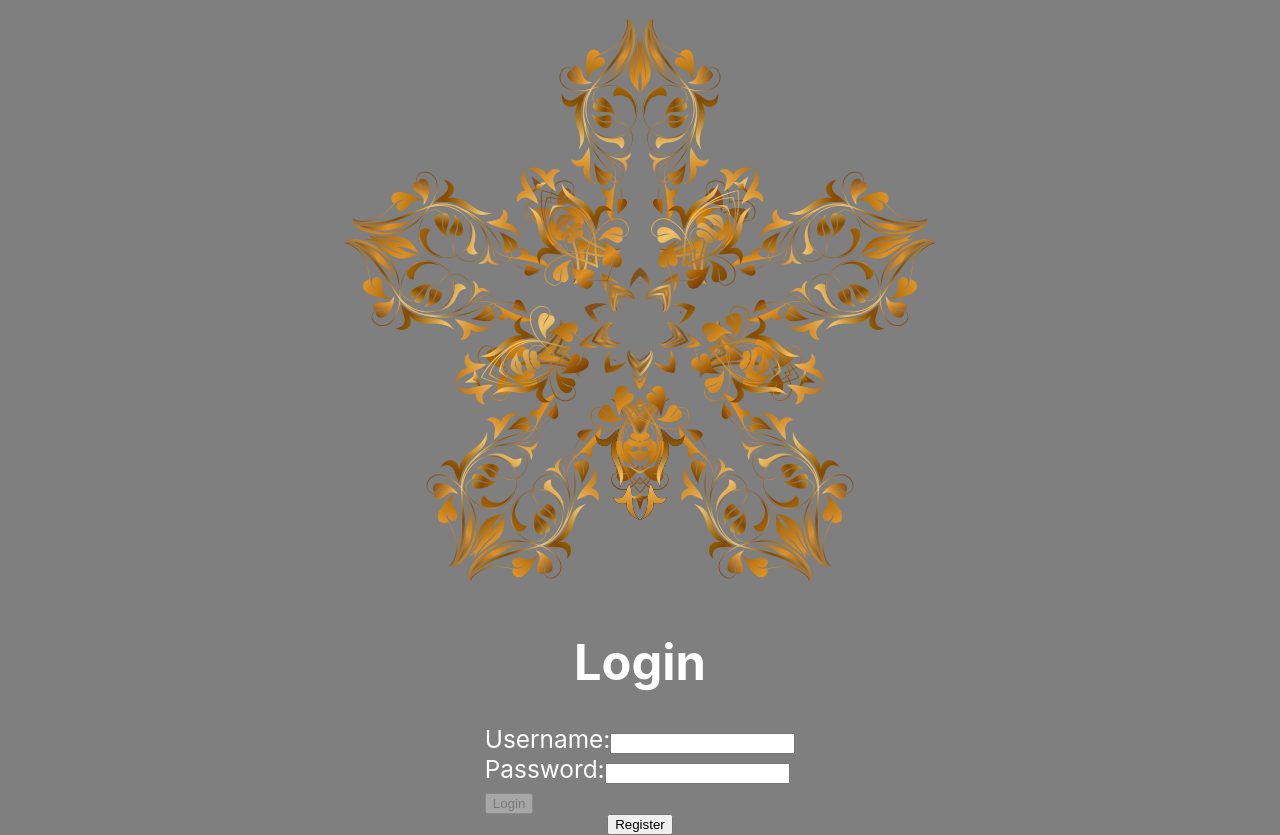
Repository: iMlearnDinG/react-app-v2
Page: /
The author's editor kept a copy of each file at every save. The page is drawn from the files as they stood at one save, then again after the next save.
The browser window is 1280 px wide. The pictures show the whole page.
The page's requests for data from a server got no answer. The project was rebuilt for these pictures with package versions that can differ from the ones it lists, and the page was loaded fresh each time. No one was signed in, and anything a server would have sent is missing. Also part of the build but not shown: src/components/Register.js, src/components/Lobby.js, src/components/Game.js, src/components/Menu.js. Imported but missing from the stored project, and not drawn on this page: src/media/video.mp4.

Above is the page before, as saved 2023-07-19 02:41:04.

After the next save:
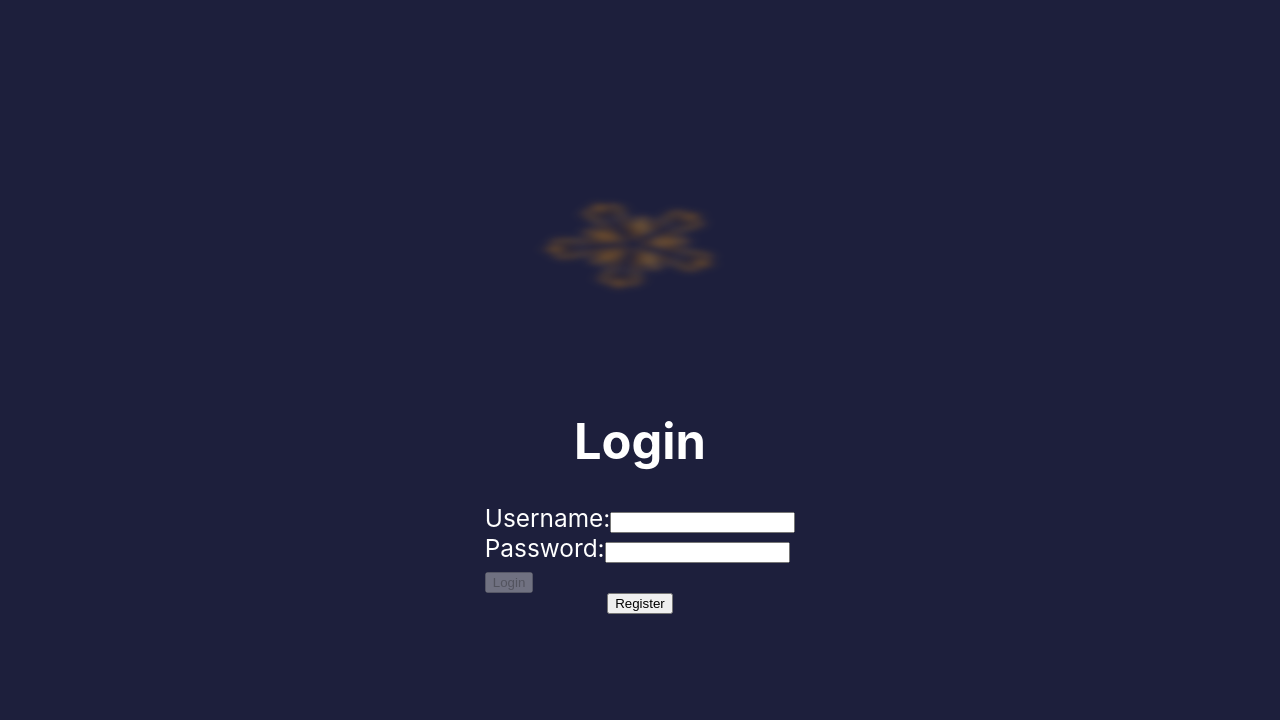
Saved 2 min 3 s later.
--- a/src/css/login.css
+++ b/src/css/login.css
@@ -1,5 +1,5 @@
 .login-header {
-    background-color: rgba(0, 0, 0, 0.5);
+    background-color: rgb(29, 31, 60);
     min-height: 100vh;
     display: flex;
     flex-direction: column;
@@ -11,7 +11,7 @@
   }
 
 
-  .login-image {
+  .login-image0 {
     width: 35vh;
     margin-bottom: 1vh;
     opacity: 1;
@@ -25,19 +25,19 @@
     overflow: hidden;
   }
 
-  .login-image.fade-in {
+  .login-image0.fade-in {
     opacity: 1;
   }
 
-  .login-image:hover {
+  .login-image0:hover {
     filter: blur(10px);
   }
 
-  .login-image:hover::before {
+  .login-image0:hover::before {
     opacity: 1;
   }
 
-  .login-image::before {
+  .login-image0::before {
     content: '';
     position: relative;
     top: 0;
